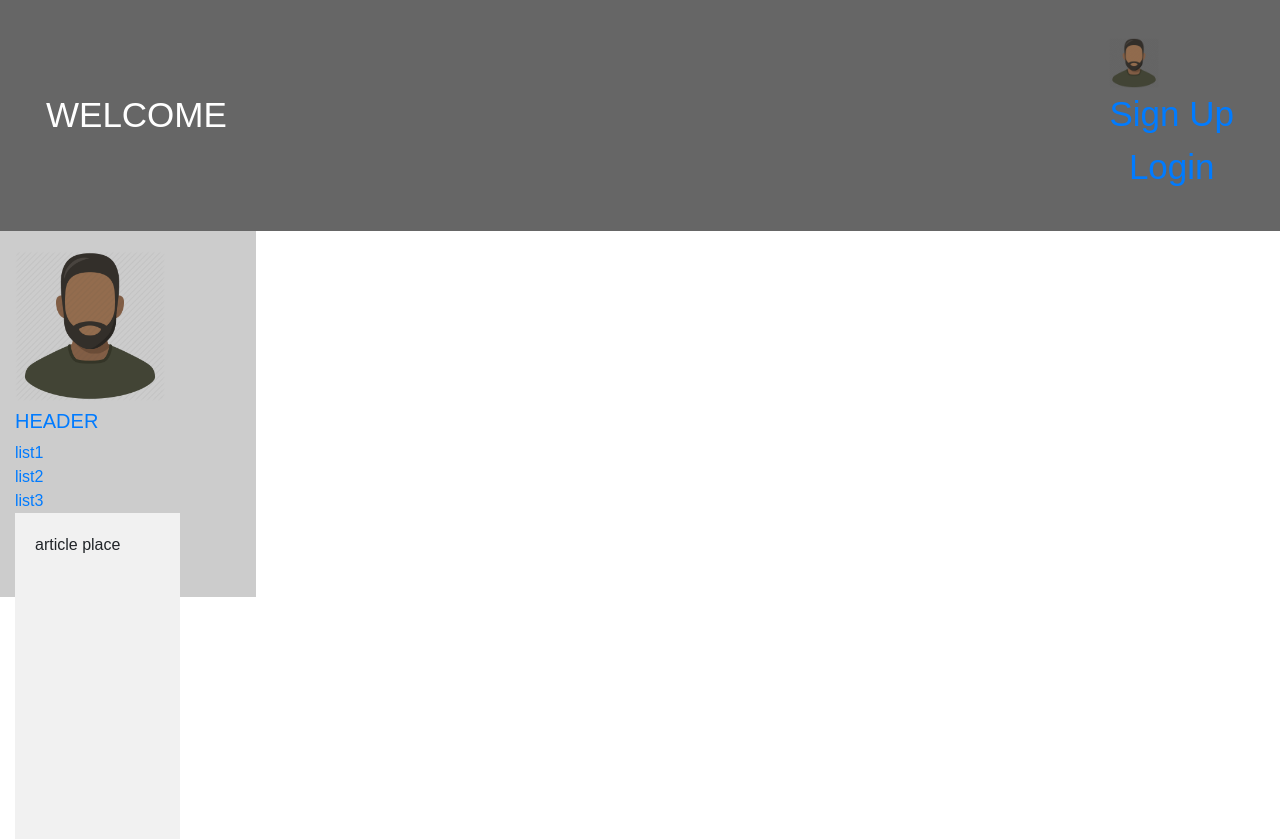
Repository: idrice24/IDRICE24-DASHBOARD
Page: html/header.html
These files come from the project's save history. The page is drawn as it stood at one moment and after the next save; the edit follows.
The browser window is 1280 px wide. The pictures show the whole page.

Above is the page before, as saved 2020-09-03 23:58:11.

### html/header.html
<!DOCTYPE html>
<html lang="en">

<head>
    <meta charset="UTF-8">
    <meta name="viewport" content="width=device-width, initial-scale=1.0">
    <meta http-equiv="X-UA-Compatible" content="ie=edge">
    <title>Document</title>
    <link rel="stylesheet" href="../vendor/bootstrap-4.1/bootstrap.min.css">
    <link rel="stylesheet" href="../vendor/font-awesome-4.7/css/font-awesome.min.css">
    <link rel="stylesheet" href="../vendor/idrice24folder/idrice24.css">
</head>

<body>
    <header>
        <nav class="navbar navbar-inverse">
            WELCOME
            <ul class="nav navbar-nav navbar-right">
                <img src="../imgs/login2.PNG" alt="Pulpit Rock" style="width:50px;height:50px;display:inline-block;float:left">
                <li><a href="#"><span class="glyphicon glyphicon-user"></span> Sign Up</a></li>
                <li><a href="#"><span class="glyphicon glyphicon-log-in"></span> Login</a></li>
            </ul>
        </nav>
    </header>
    <section>
        <nav1 class="nav nav-pills nav-stacked">
            <div class="container-fluid">
                <div class="row">
                    <div class="col-md-4">
                        <a href="../imgs/login2.PNG" class="thumbnail">
                            <img src="../imgs/login2.PNG" alt="Pulpit Rock" style="width:150px;height:150px">
                        </a>
                    </div>
                </div>
                <div class="navbar-header">
                    <a class="navbar-brand" href="#">HEADER</a>
                </div>

                <ul class="nav navbar-nav">
                    <li class="active"><a href="#">list1</a></li>
                    <li><a href="#">list2</a></li>
                    <li><a href="#">list3</a></li>
                </ul>
        </nav1>








        <article>article place</article>
    </section>

</body>

</html>

Loaded but not shown: vendor/bootstrap-4.1/bootstrap.min.css (library); vendor/font-awesome-4.7/css/font-awesome.min.css (library); vendor/idrice24folder/idrice24.css (library)

After the next save:
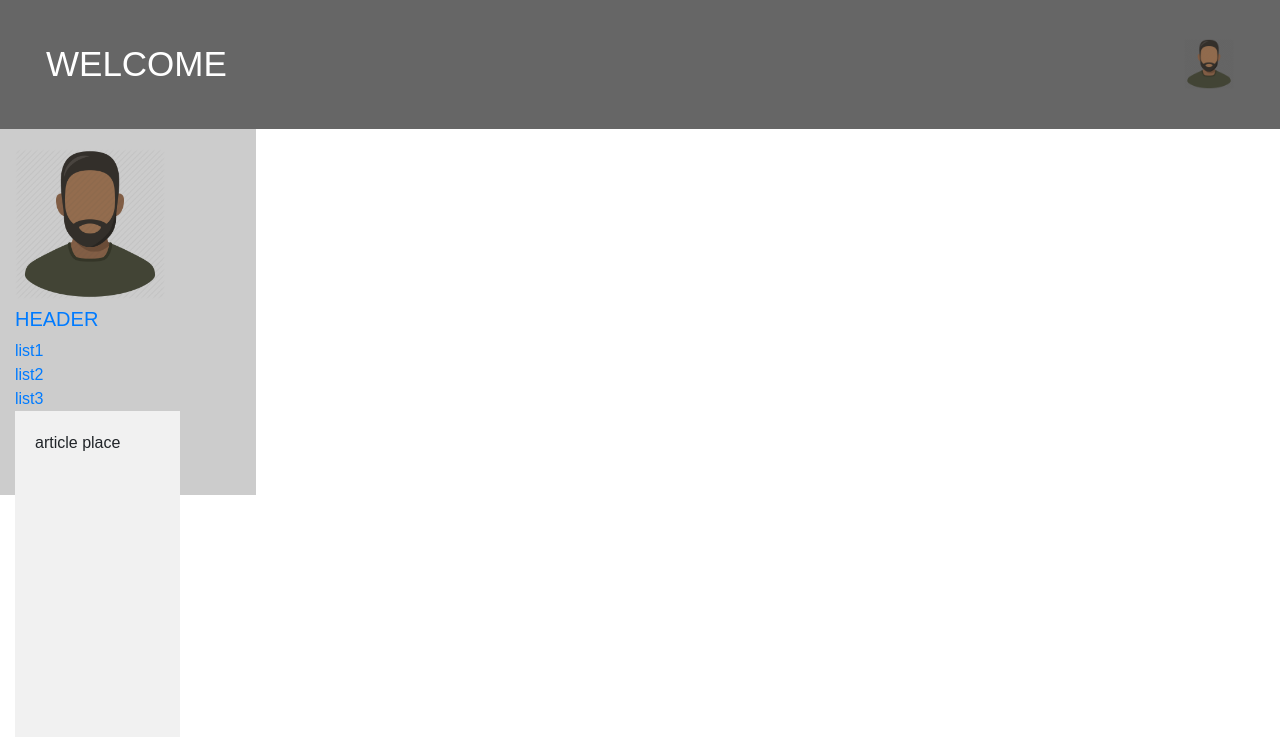
Saved 49 s later.
--- a/html/header.html
+++ b/html/header.html
@@ -17,8 +17,6 @@
             WELCOME
             <ul class="nav navbar-nav navbar-right">
                 <img src="../imgs/login2.PNG" alt="Pulpit Rock" style="width:50px;height:50px;display:inline-block;float:left">
-                <li><a href="#"><span class="glyphicon glyphicon-user"></span> Sign Up</a></li>
-                <li><a href="#"><span class="glyphicon glyphicon-log-in"></span> Login</a></li>
             </ul>
         </nav>
     </header>
